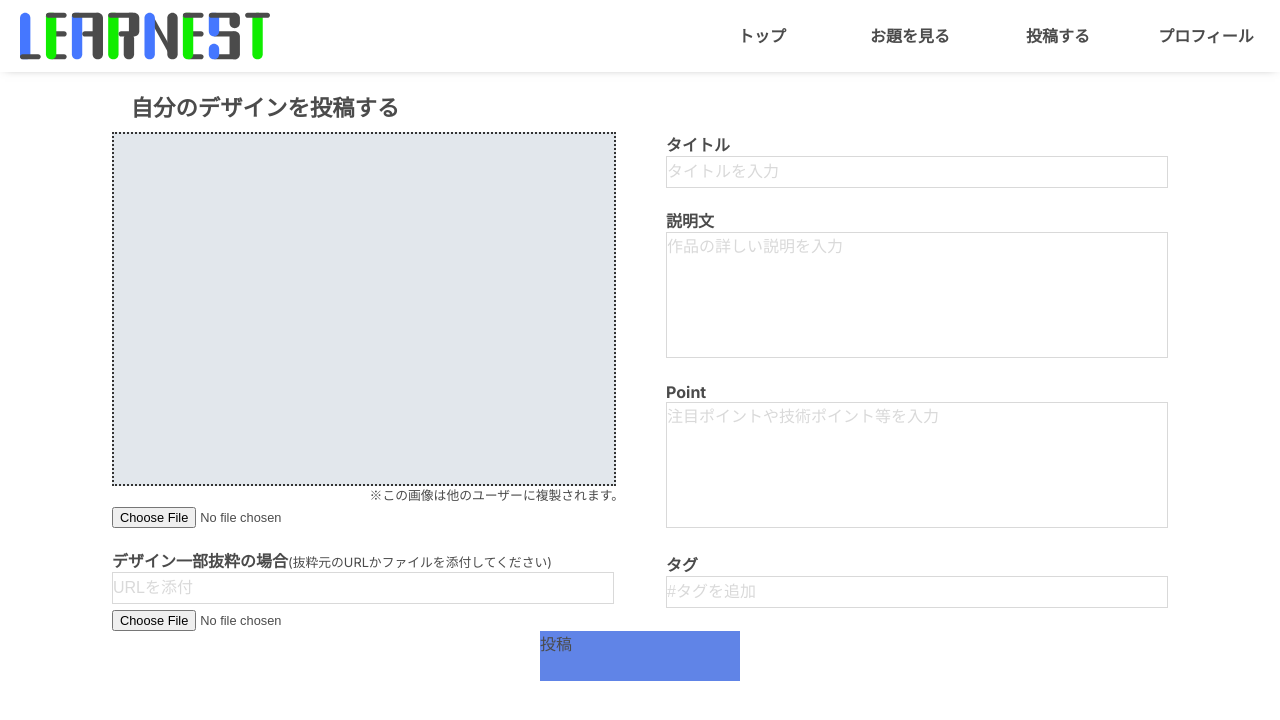
Repository: KawakamiAyaka/Learnest
Page: /inputPost
The author's editor kept a copy of each file at every save. The page is drawn from the files as they stood at one save, then again after a run of saves.
The browser window is 1280 px wide. The pictures show the whole page.
The project was rebuilt for these pictures with package versions that can differ from the ones it lists, and the page was loaded fresh each time. The framework's server and built-in components were replaced by stand-ins that run in the browser. Also part of the build but not shown: next.config.mjs.

Above is the page before, as saved 2024-07-12 12:08:56.

After the next 2 saves:
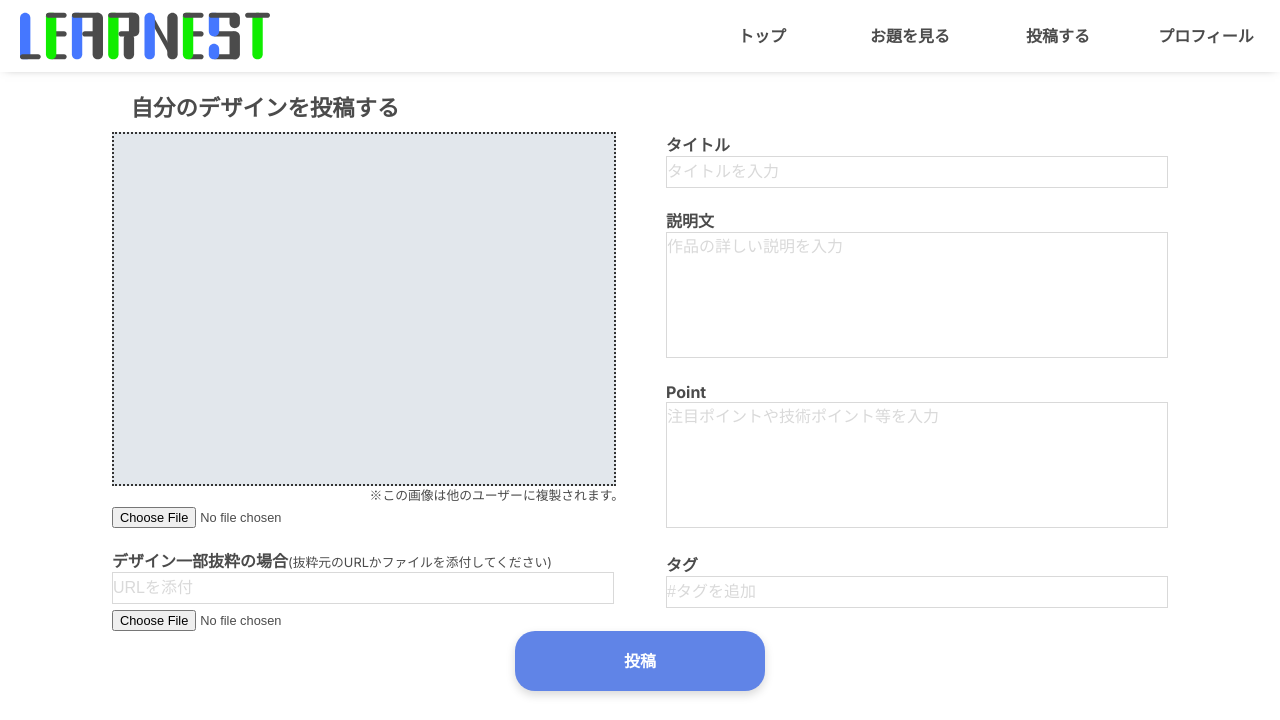
The 2 saves are shown as one change because 1 did not build or start.
The last was saved 40 s later.
--- a/src/app/inputPost/inputPost.module.scss
+++ b/src/app/inputPost/inputPost.module.scss
@@ -124,8 +124,22 @@
         }
     }
     .PostBtn{
-        width: 200px;
-        height: 50px;
+        width: 250px;
+        height: 60px;
         background: #6084E7;
+        color: #fff;
+        text-decoration: none;
+        font-weight: bold;
+        border-radius: 20px;
+        border: none;
+        box-shadow: 0 4px 10px  #d9d9d9;
+        transition: .3s;
+        text-align: center;
+        line-height: 60px;
+
+        &:hover{
+            background: #fff;
+            color: #6084E7;
+        }
     }
 }
